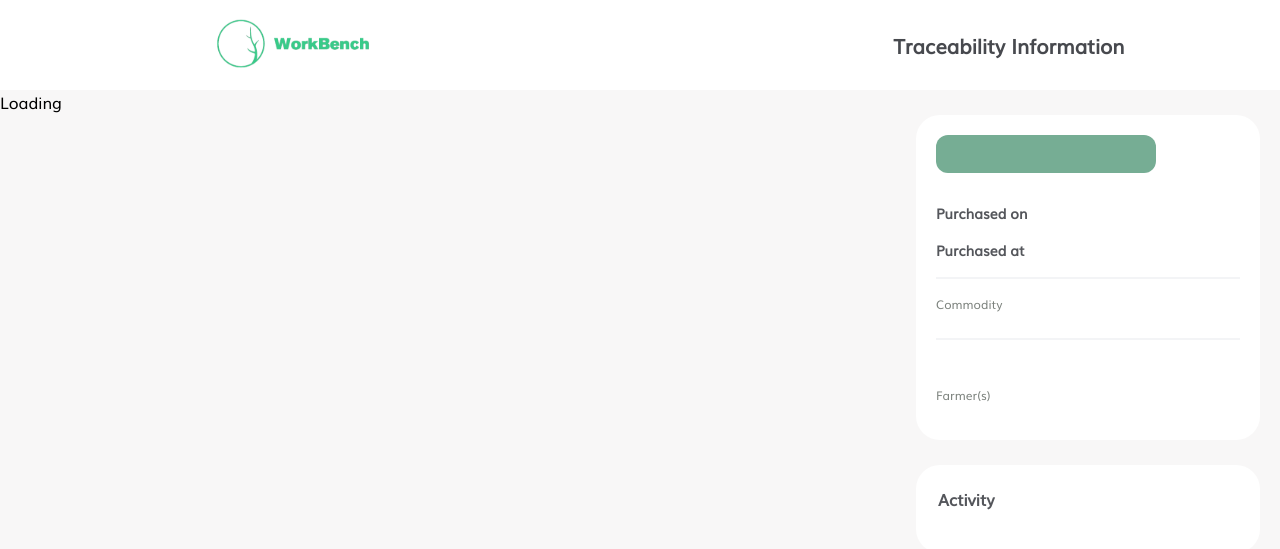
Repository: Hamezry/Traceability-Page
Page: /
An editor plug-in stored every save of this project. The page is shown before and after the next save, followed by the edit.
The browser window is 1280 px wide. The pictures show the whole page.
The page's requests for data from a server got no answer. The project was rebuilt for these pictures with package versions that can differ from the ones it lists, and the page was loaded fresh each time. No one was signed in, and anything a server would have sent is missing.

Above is the page before, as saved 2022-09-18 09:08:36.

After the next save:
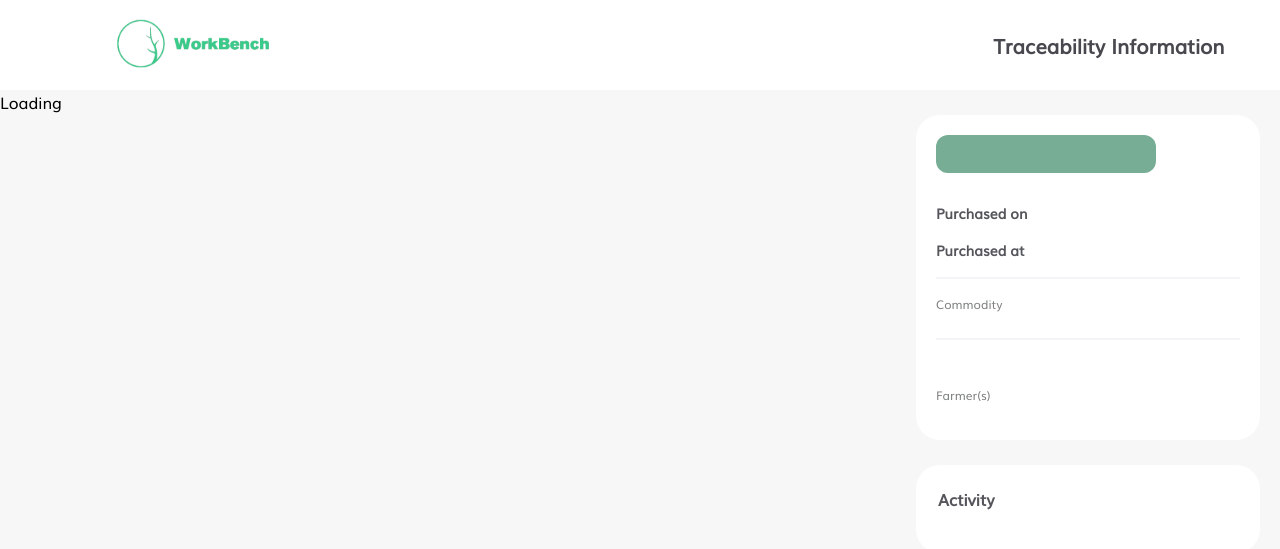
Saved 15 s later.
--- a/src/components/Navbar.js
+++ b/src/components/Navbar.js
@@ -3,7 +3,7 @@ import logo from '../Assets/logo.svg'
 
 const Navbar = () => {
   return (
-    <div className='w-full flex justify-center lg:gap-[500px] h-[90px] bg-white sticky font-muli  z-30  top-0 lg:items-center'>
+    <div className='w-full flex justify-center lg:gap-[700px] h-[90px] bg-white sticky font-muli  z-30  top-0 lg:items-center'>
 
         <img src= {logo} alt='nav-icon' className='h-[80px] w-[188px] lg:ml-[50px]'/>
         <p className='hidden lg:block text-[#47494E] font-semibold  text-[20px]'>Traceability Information</p>
